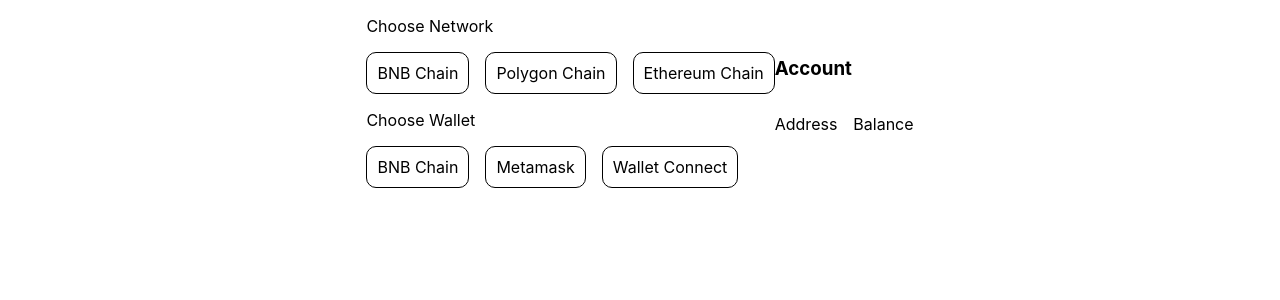
Repository: m-ahmadshaikh/Wallet-Connect
Page: /
These files come from the project's save history. The page is drawn as it stood at one moment and after the next save; the edit follows.
The browser window is 1280 px wide. The pictures show the whole page.
The project was rebuilt for these pictures with package versions that can differ from the ones it lists, and the page was loaded fresh each time.

Above is the page before, as saved 2023-01-19 18:04:22.

### src/App.js
import './App.css';
import Button from './components/Button/Button';

function App() {
  return (
    <div className='main'>
      <div>
      <p>Choose Network</p>
      <div className='flex'><Button text={'BNB Chain'}/>
      <Button text={'Polygon Chain'}/>
      <Button text={'Ethereum Chain'}/>
      </div>


      <p>Choose Wallet</p>
      <div className='flex'><Button text={'BNB Chain'}/>
      <Button text={'Metamask'} />
      <Button text={'Wallet Connect'}/>
      </div>
      </div>

      <div>
        <h3>Account</h3>
        <div className='flex'>
          <p>Address</p>
          <p>Balance</p>
        </div>
      </div>
    </div>
  );
}

export default App;

### src/App.css
body {
  height: 100vh;
}

.flex {
  display: flex;
  gap: 1em;
}

.main {
  display: flex;
  justify-content: center;
  align-items: center;
}

### src/components/Button/Button.jsx
import React from 'react';
import classes from './Button.module.css';
function Button({ text }) {
  return <div className={classes.main}>{text}</div>;
}

export default Button;

### src/components/Button/Button.module.css
.main {
  background: white;
  border: 1px solid black;
  border-radius: 10px;
  padding: 10px;
  cursor: pointer;
}

.main:hover {
  background-color: wheat;
}

Loaded but not shown: public/index.html (common file); src/index.js (common file); src/index.css (common file); src/reportWebVitals.js (common file)

After the next save:
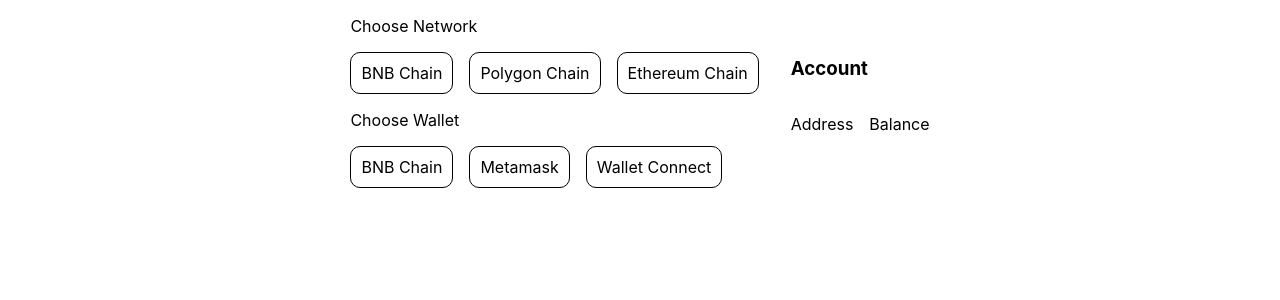
Saved 10 s later.
--- a/src/App.css
+++ b/src/App.css
@@ -11,4 +11,5 @@
   display: flex;
   justify-content: center;
   align-items: center;
+  gap: 2em;
 }
